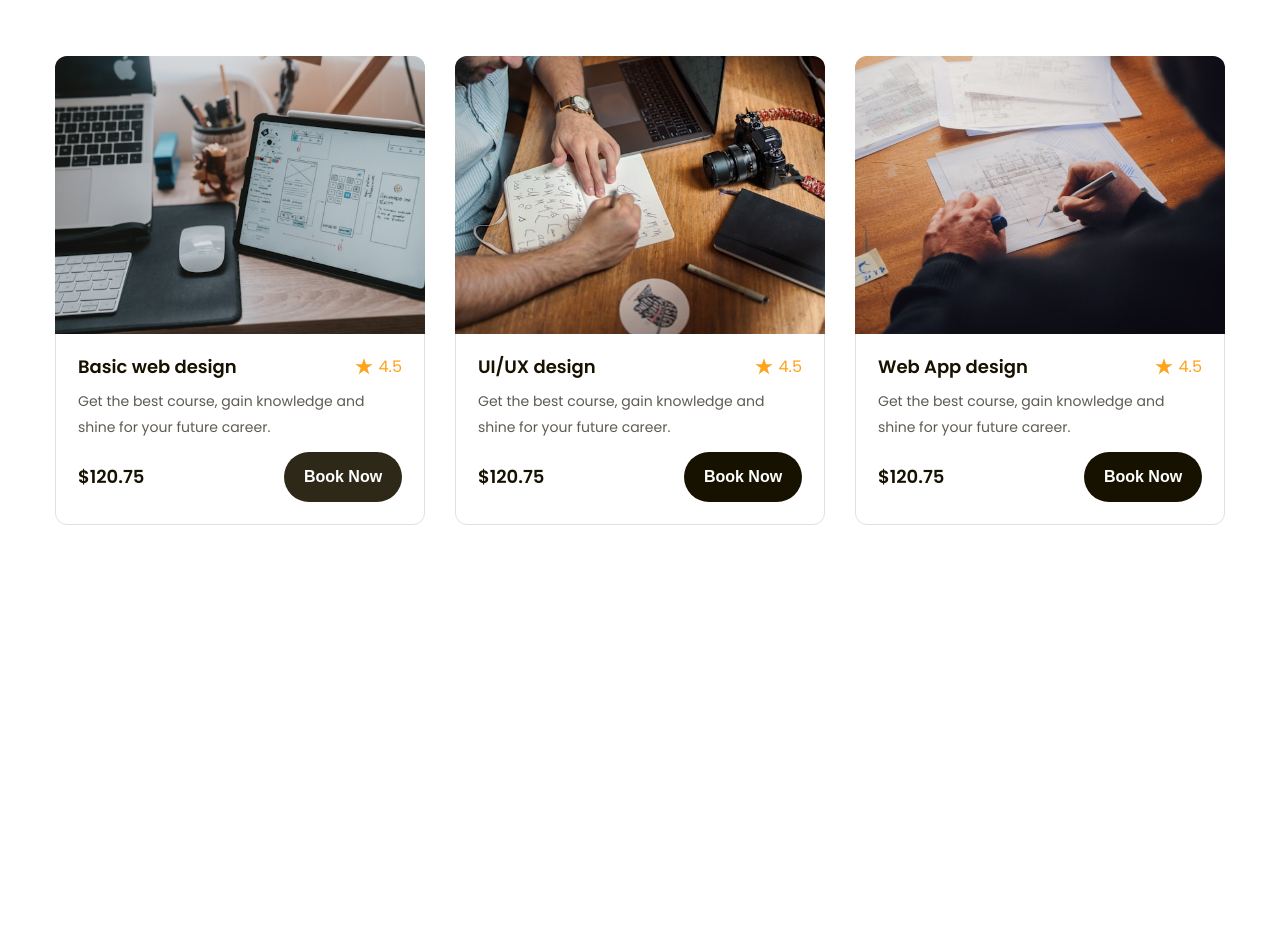
Repository: Tibi2003/f8-htmlcss-02
Page: index.html
An editor plug-in stored every save of this project. The page is shown before and after the next save, followed by the edit.
The browser window is 1280 px wide. The pictures show the part of the page from y = 1223 to 2175 px (the page is 5000 px tall).
The pointer rests on the first visible `.popular .course-item .book-btn`.
A picture or video elsewhere on the page could not be fetched, so the positions and the page height are approximate.

Above is the page before, as saved 2024-03-07 16:04:56.

After the next save:
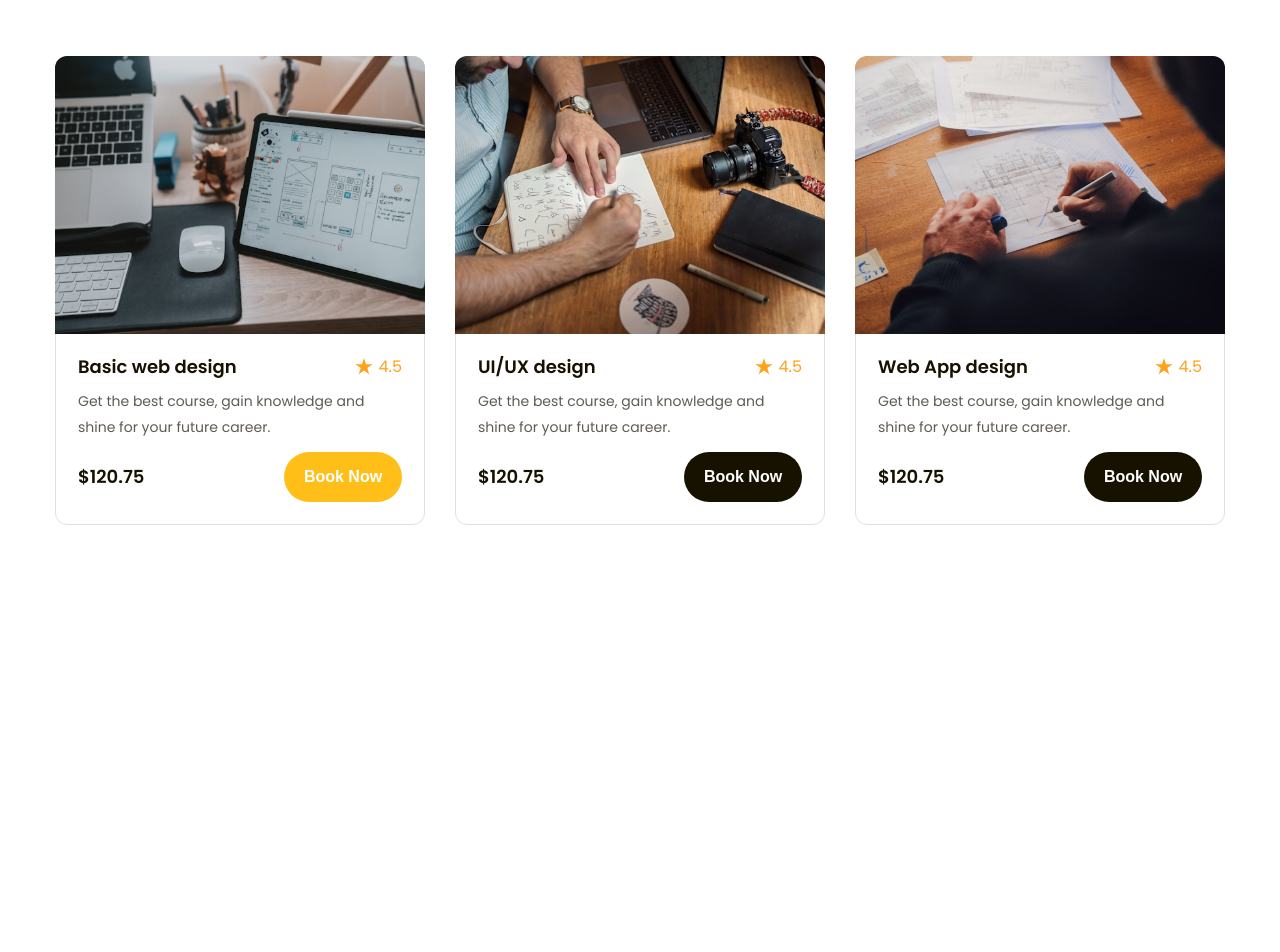
Saved 90 s later.
--- a/assets/css/styles.css
+++ b/assets/css/styles.css
@@ -377,3 +377,8 @@ a {
 .popular .course-item .book-btn {
 	border: none;
 }
+
+.popular .course-item .book-btn:hover {
+	color: #fff;
+	background: var(--primary-color);
+}
